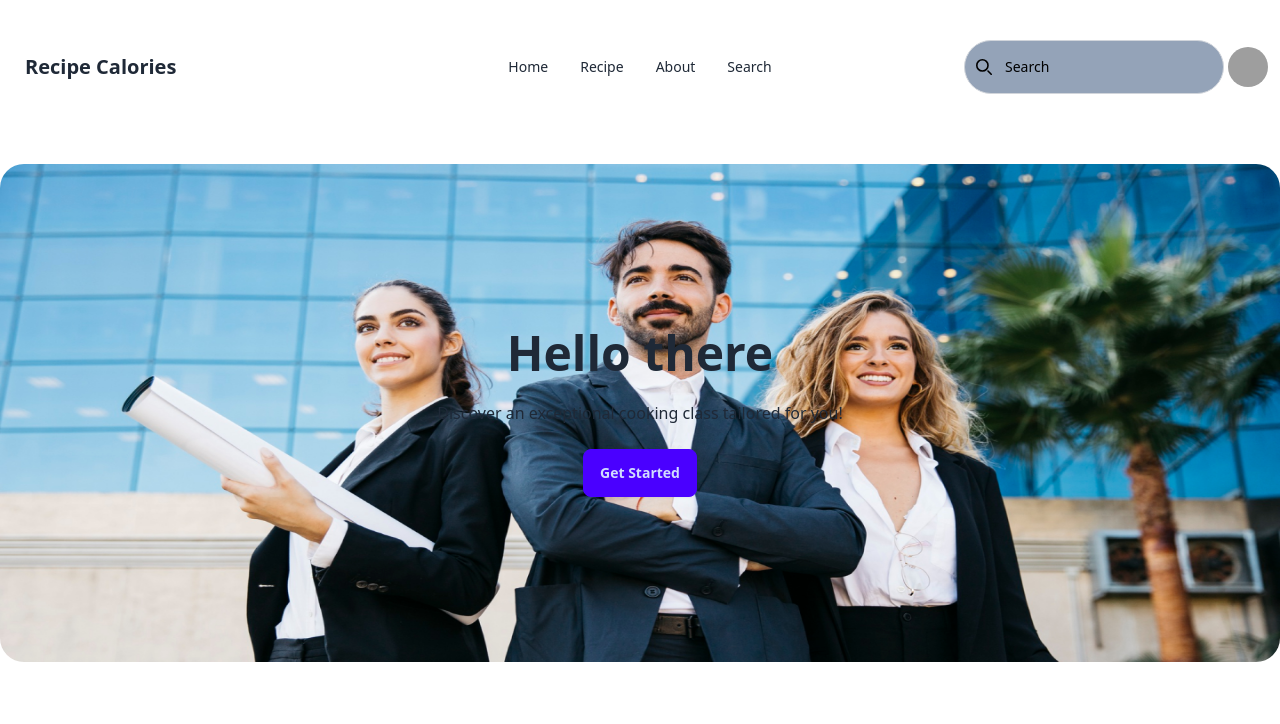
Repository: RudrasahaDibos/Chefs-table
Page: /
The author's editor kept a copy of each file at every save. The page is drawn from the files as they stood at one save, then again after the next save.
The browser window is 1280 px wide. The pictures show the whole page.
Pictures or frames that could not be fetched are drawn as grey boxes. The project was rebuilt for these pictures with package versions that can differ from the ones it lists, and the page was loaded fresh each time. Also part of the build but not shown: vite.config.js, src/App.css.

Above is the page before, as saved 2024-12-19 09:47:50.

After the next save:
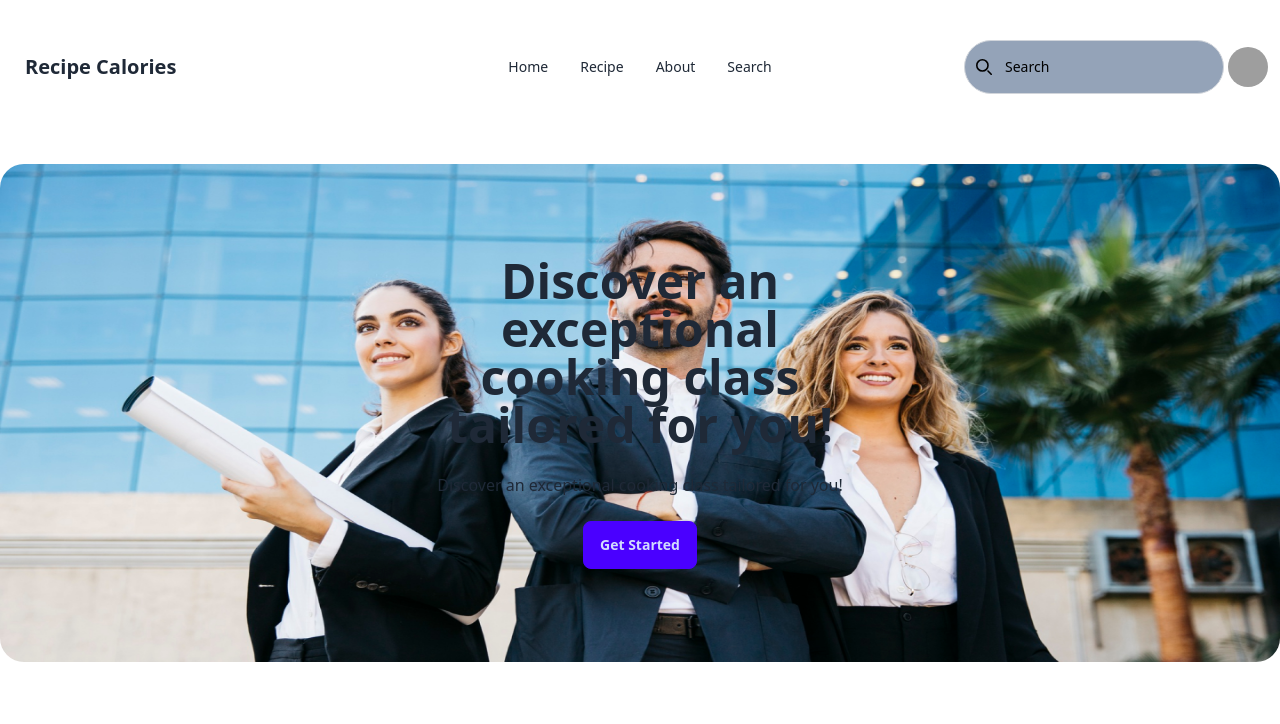
Saved 10 s later.
--- a/src/Component/Banner/Banner.jsx
+++ b/src/Component/Banner/Banner.jsx
@@ -7,7 +7,7 @@ const Banner = () => {
      <img src={img} alt="" className='h-4/5 w-full rounded-3xl' />
   <div className="hero-content text-center">
     <div className="max-w-md">
-      <h1 className="text-5xl font-bold">Hello there</h1>
+      <h1 className="text-5xl font-bold">Discover an exceptional cooking class tailored for you!</h1>
       <p className="py-6">
       Discover an exceptional cooking class tailored for you!
       </p>
